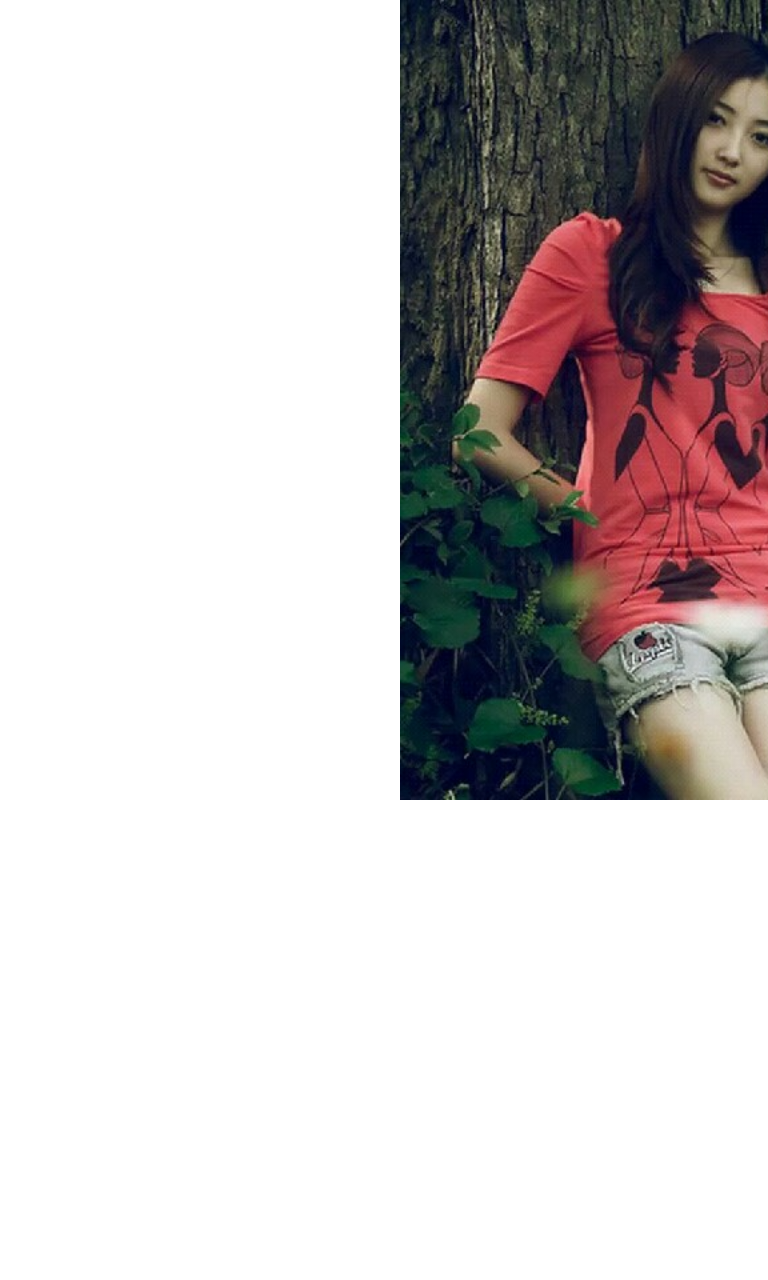
Repository: treizeor/android-examples
Layout: Ch003ScrollView/res/layout/vertical.xml
The author's editor kept a copy of each file at every save. The layout is drawn from the files as they stood at one save, then again after the next save.
It is drawn on a 768 x 1280 px phone screen (xhdpi) without system bars, with theme AppTheme; the app's code is not run.

Above is the layout before, as saved 2014-06-01 12:17:42.

After the next save:
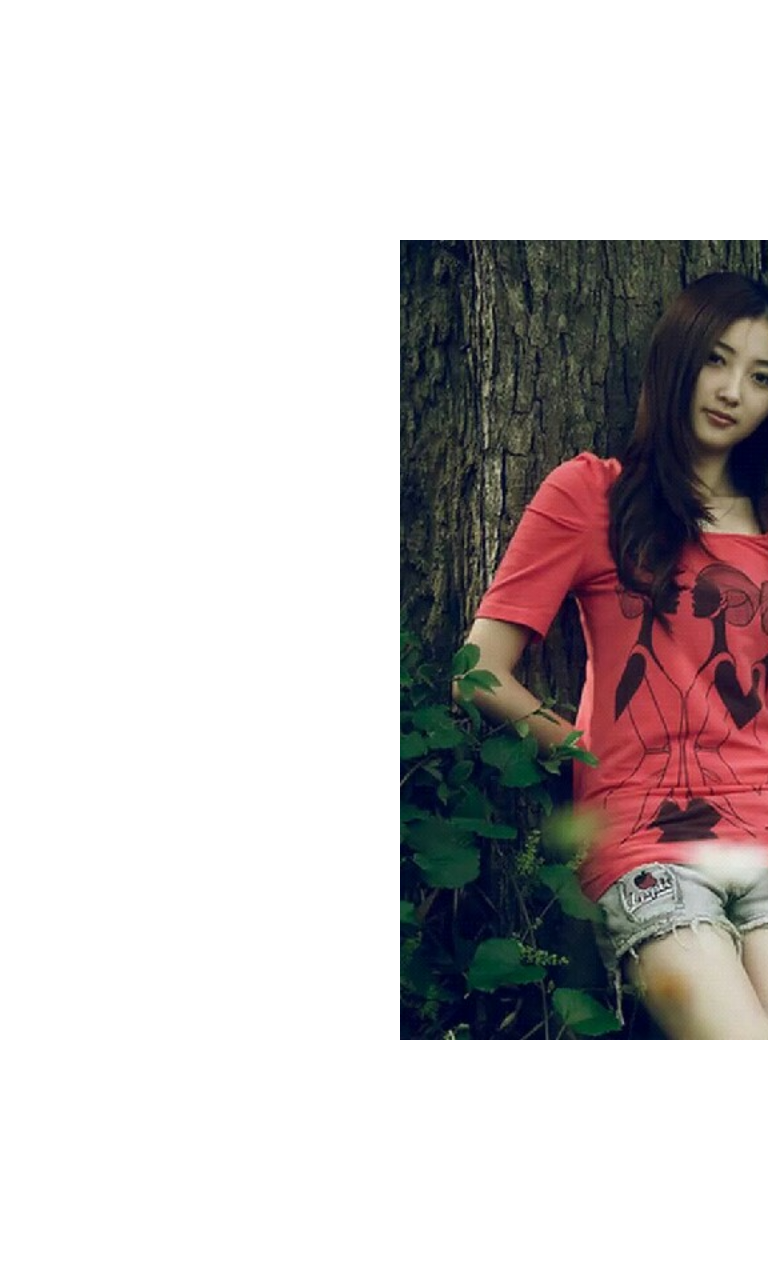
Saved 2 min 4 s later.
--- a/Ch003ScrollView/res/layout/vertical.xml
+++ b/Ch003ScrollView/res/layout/vertical.xml
@@ -8,6 +8,7 @@
 
     <ImageView
         android:id="@+id/imageView1"
+        android:layout_gravity="center_vertical"
         android:layout_width="800dp"
         android:layout_height="800dp"
         android:src="@drawable/img4" />
